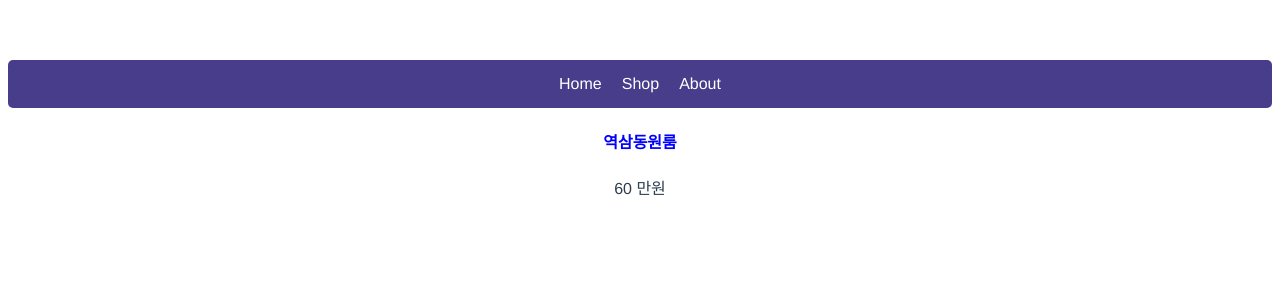
Repository: jy0813/Function
Page: / (app in function/)
These files come from the project's save history. The page is drawn as it stood at one moment and after the next save; the edit follows.
The browser window is 1280 px wide. The pictures show the whole page.
The project was rebuilt for these pictures with package versions that can differ from the ones it lists, and the page was loaded fresh each time.

Above is the page before, as saved 2022-02-23 14:43:57.

### function/src/App.vue
<template>
<div class="menu">
  <a v-for="(item, i) in menu" :key="'item' + i">{{item}}</a>
  </div>
<div>
  <h4 :style="style">{{products[0]}}</h4>
  <p>{{price1}} 만원</p>
</div>
</template>

<script>


export default {
  name: 'App',
  data() {
    return {
      price1: 60,
      price2: 80,
      price3: 100,
      style : 'color : blue',
      products:['역삼동원룸','천호동원룸','마포구원룸'],
      menu:['Home','Shop','About'],
    }
  }
}
</script>

<style>
#app {
  font-family: Avenir, Helvetica, Arial, sans-serif;
  -webkit-font-smoothing: antialiased;
  -moz-osx-font-smoothing: grayscale;
  text-align: center;
  color: #2c3e50;
  margin-top: 60px;
}

.menu {
  background: darkslateblue;
  padding: 15px;
  border-radius: 5px;
}

.menu a {
  color:white;
  padding:10px;
}


</style>

Loaded but not shown: function/public/index.html (common file); function/src/main.js (common file)

After the next save:
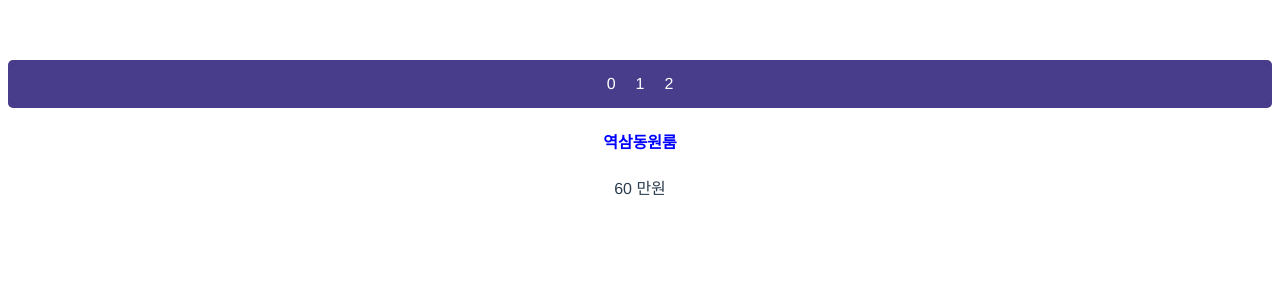
Saved 13 s later.
--- a/function/src/App.vue
+++ b/function/src/App.vue
@@ -1,6 +1,6 @@
 <template>
 <div class="menu">
-  <a v-for="(item, i) in menu" :key="'item' + i">{{item}}</a>
+  <a v-for="(item, i) in menu" :key="'item' + i">{{i}}</a>
   </div>
 <div>
   <h4 :style="style">{{products[0]}}</h4>

After the save that followed:
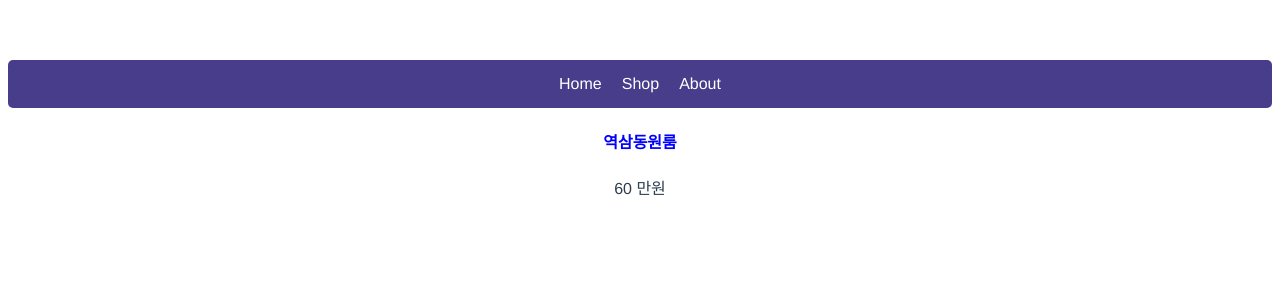
Saved 5 s later.
--- a/function/src/App.vue
+++ b/function/src/App.vue
@@ -1,6 +1,6 @@
 <template>
 <div class="menu">
-  <a v-for="(item, i) in menu" :key="'item' + i">{{i}}</a>
+  <a v-for="(item, i) in menu" :key="'item' + i">{{item}}</a>
   </div>
 <div>
   <h4 :style="style">{{products[0]}}</h4>
